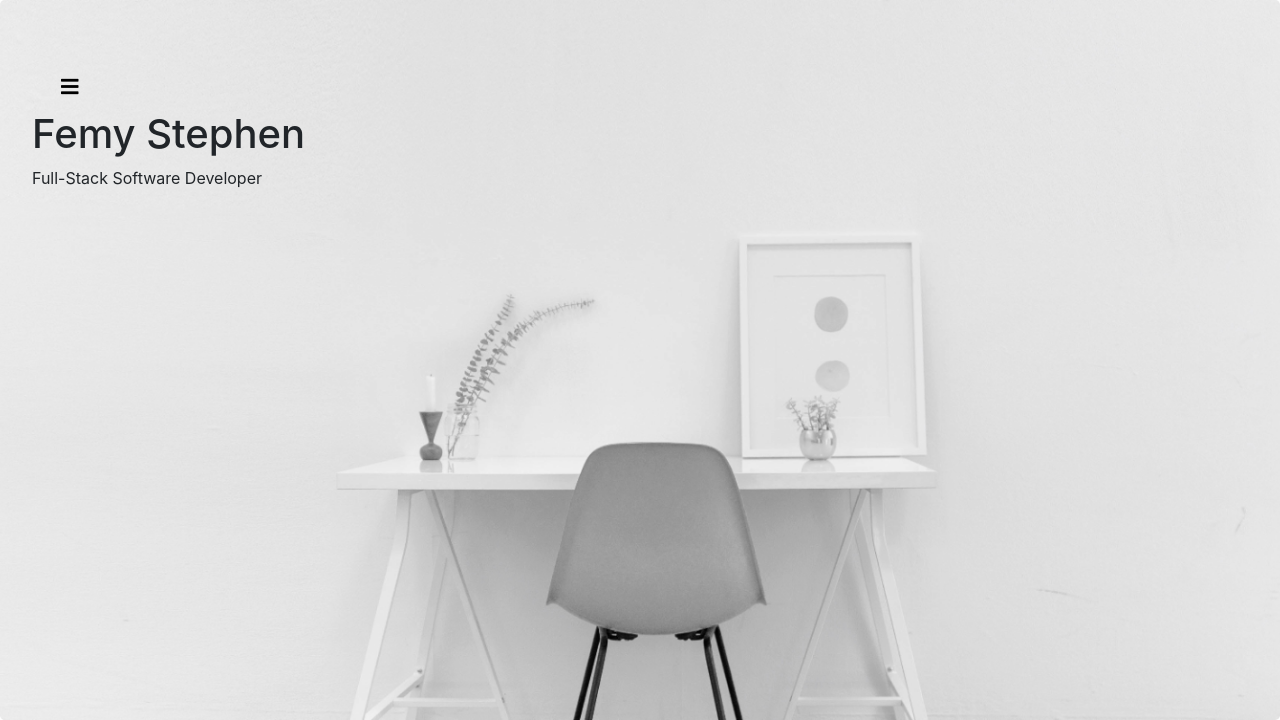
Repository: femy16/FemyStephen
Page: index.html
The author's editor kept a record of every edit. The page is drawn from the files as they stood at one moment, then again after the next edit.
The browser window is 1280 px wide. The pictures show the whole page.
Some web libraries are served in a nearby version.

Above is the page before.
Not found: hover.css

After the next edit:
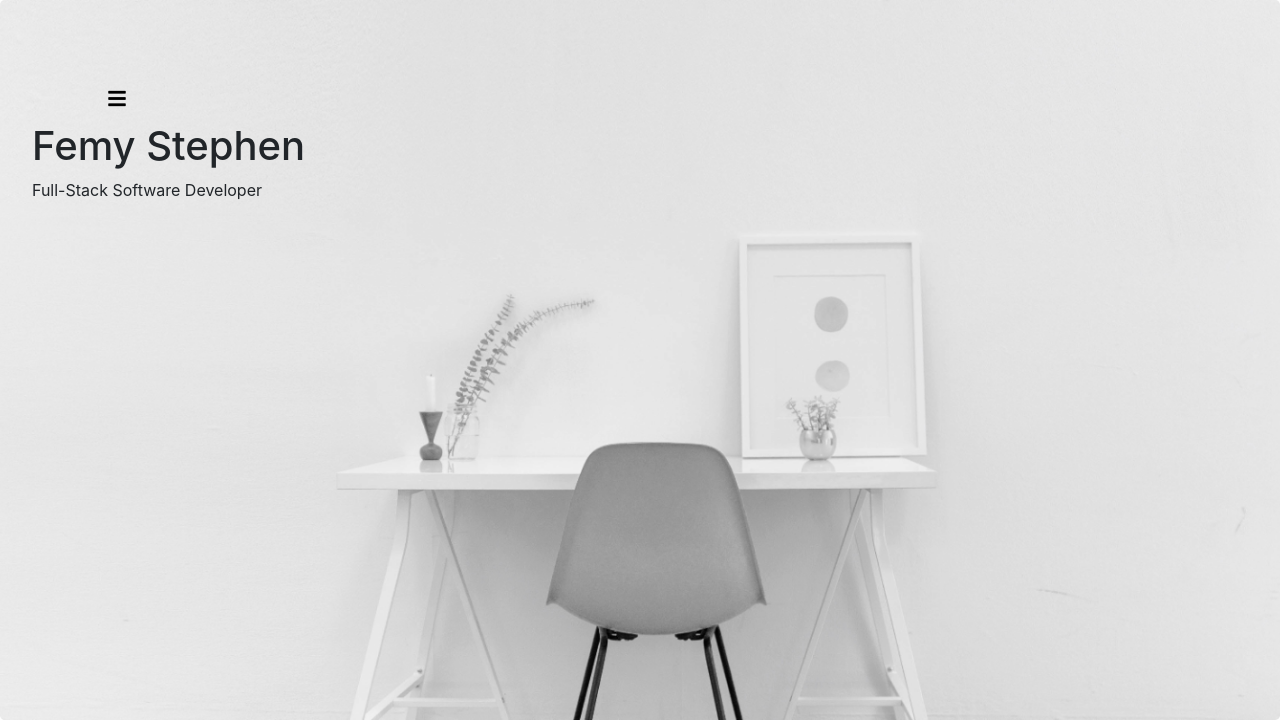
The edit:
--- a/index.html
+++ b/index.html
@@ -18,8 +18,9 @@
    <header class="jumbotron" id="landing-view">
 
 
-        <nav class="navbar">
-            <div class="topbtn" align="right">
+        <nav class="navbar navbar-masthead navbar-default navbar-fixed-top">
+                <div class="container">
+              <div class="navbar-header">
 
             <button class="navbar-toggler" type="button" data-toggle="collapse" data-target="#collapsibleNavbar">
     <span class="fa fa-bars" ></span>
